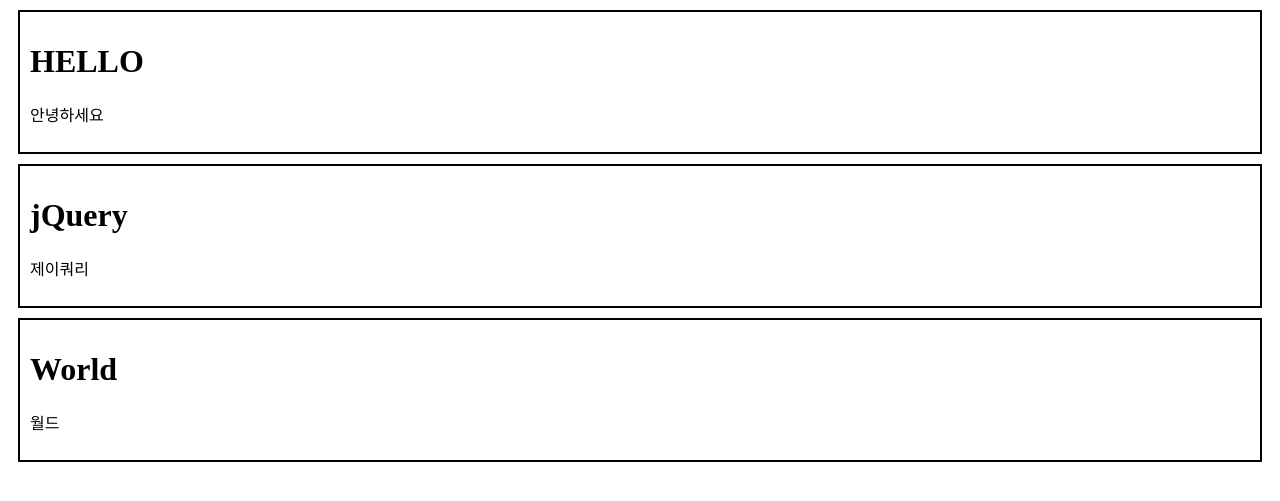
Repository: Shinhan1/shinhan
Page: http://localhost/web_goott/w20200323/jQueryEx04.jsp
The author's editor kept a copy of each file at every save. The page is drawn from the files as they stood at one save, then again after the next save.
The browser window is 1280 px wide. The pictures show the whole page.
After loading, the first visible `div` was clicked once.
The page is served by Tomcat 9.

Above is the page before, as saved 2020-03-23 06:06:07.

### web_goott/WebContent/w20200323/jQueryEx04.jsp
<%@ page language="java" contentType="text/html; charset=UTF-8"
    pageEncoding="UTF-8"%>
<!DOCTYPE html>
<html>
<head>
<meta charset="UTF-8">
<title>jQueryEx04.jsp</title>
<style type="text/css">
	div {
		margin: 10px;
		padding: 10px;
		border: 2px solid black;
	}

</style>
<!-- 각 div를 클릭하면 console창에 h1, p 객체 정보가 출력되도록 해보세요 -->
<script src="https://ajax.googleapis.com/ajax/libs/jquery/3.4.1/jquery.min.js"></script>
<script type="text/javascript">
	$(document).ready(function(){
		$("div").click(function(){
			console.log($('p').slideDown());


		});

	});
</script>
</head>
<body>
	<div>
		<h1>HELLO</h1>
		<p>안녕하세요</p>
	</div>
	<div>
		<h1>jQuery</h1>
		<p>제이쿼리</p>
	</div>
	<div>
		<h1>World</h1>
		<p>월드</p>
	</div>

</body>
</html>

After the next save:
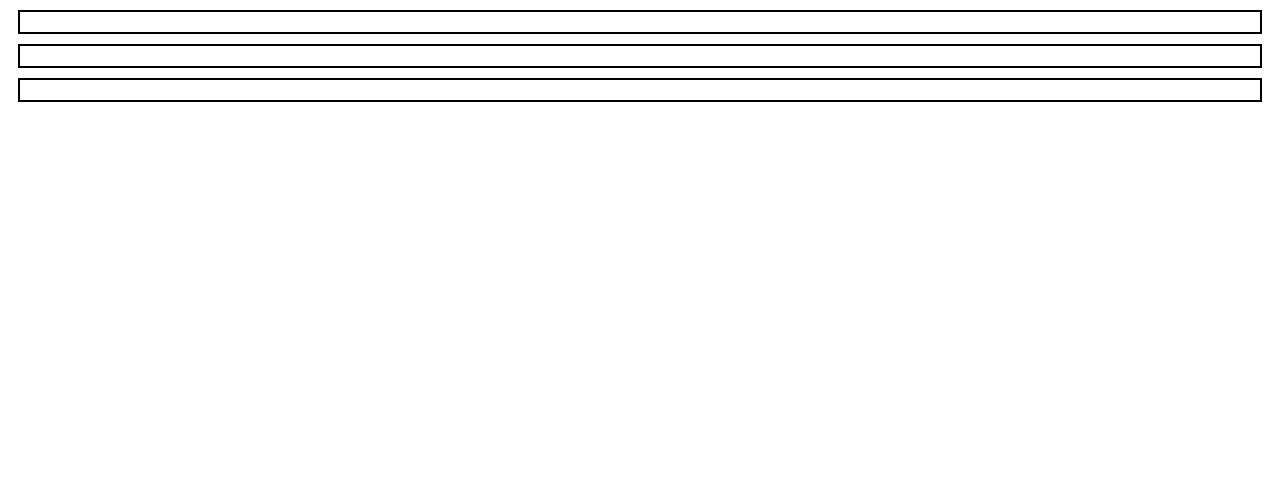
Saved 32 s later.
--- a/web_goott/WebContent/w20200323/jQueryEx04.jsp
+++ b/web_goott/WebContent/w20200323/jQueryEx04.jsp
@@ -18,7 +18,8 @@
 <script type="text/javascript">
 	$(document).ready(function(){
 		$("div").click(function(){
-			console.log($('p').slideDown());
+			$('h1').slideUp();
+			console.log($('p').slideUp());
 
 
 		});

After the save that followed:
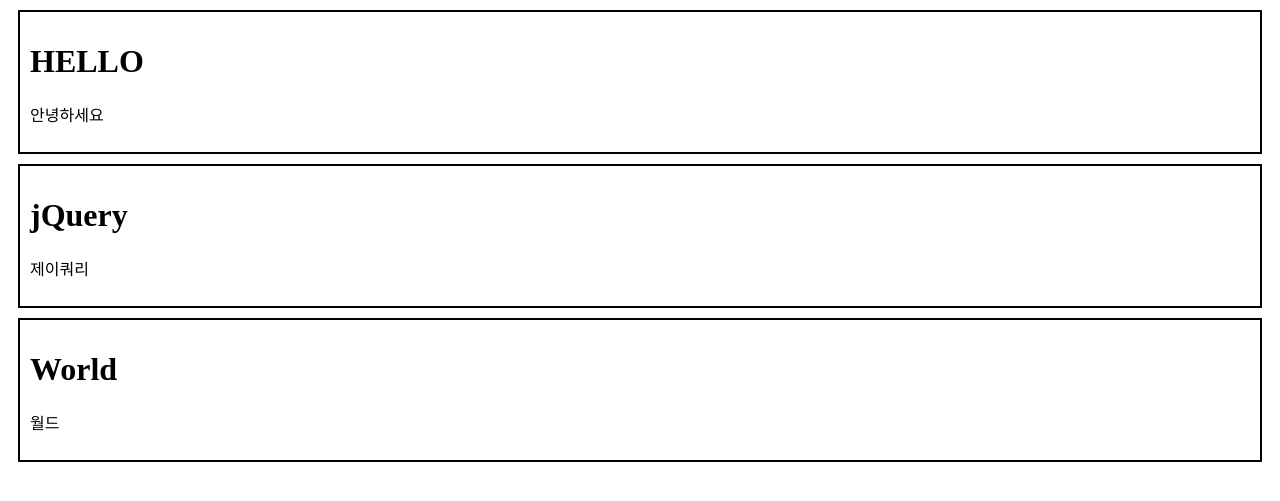
Console error: TypeError: $(...).length is not a function
Saved 29 s later.
--- a/web_goott/WebContent/w20200323/jQueryEx04.jsp
+++ b/web_goott/WebContent/w20200323/jQueryEx04.jsp
@@ -18,8 +18,8 @@
 <script type="text/javascript">
 	$(document).ready(function(){
 		$("div").click(function(){
-			$('h1').slideUp();
-			console.log($('p').slideUp());
+			//$('h1').slideUp();
+			console.log($('p').length());
 
 
 		});
